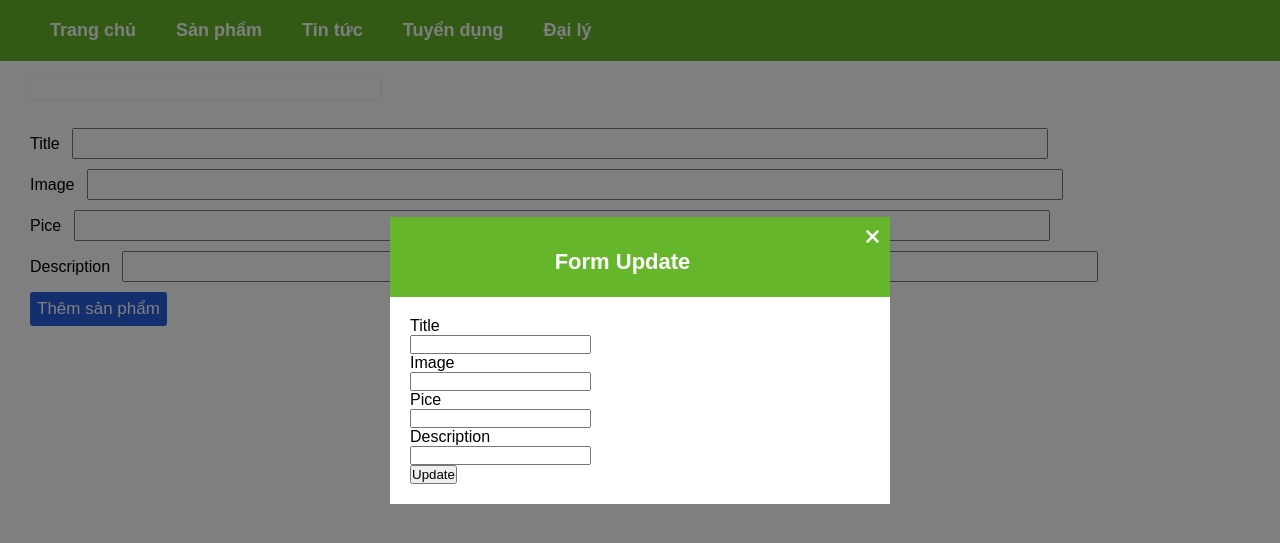
Repository: Ngoc28/CURD_HTML-CSS_JS_JSON
Page: index.html
These files come from the project's save history. The page is drawn as it stood at one moment and after the next save; the edit follows.
The browser window is 1280 px wide. The pictures show the whole page.
The page's requests for data from a server got no answer.

Above is the page before, as saved 2023-04-11 09:50:54.

### index.html
<!DOCTYPE html>
<html lang="en">
<head>
    <meta charset="UTF-8">
    <meta http-equiv="X-UA-Compatible" content="IE=edge">
    <meta name="viewport" content="width=device-width, initial-scale=1.0">
    <title>CURD Cơ bản</title>
    <link rel="stylesheet" href="https://cdnjs.cloudflare.com/ajax/libs/font-awesome/6.4.0/css/all.min.css" integrity="sha512-iecdLmaskl7CVkqkXNQ/ZH/XLlvWZOJyj7Yy7tcenmpD1ypASozpmT/E0iPtmFIB46ZmdtAc9eNBvH0H/ZpiBw==" crossorigin="anonymous" referrerpolicy="no-referrer" />
    <link rel="stylesheet" href="./asset/css/style.css">
</head>
<body>
    <header class="header-menu">
        <ul class="list-menu">
            <li class="item-menu"><a href="">Trang chủ</a></li>
            <li class="item-menu"><a href="">Sản phẩm</a></li>
            <li class="item-menu"><a href="">Tin tức</a></li>
            <li class="item-menu"><a href="">Tuyển dụng</a></li>
            <li class="item-menu"><a href="">Đại lý</a></li>
        </ul>
    </header>
    <div class="main">
        <div class="title-product">
            <h2 class="title">Sản phẩm của chúng tôi</h2>
        </div>
        <div class="products">
            <div class="product">
                <!-- <h3 class="product-name">Coca-Cola</h3>
                <img src="https://cdn.tgdd.vn/Products/Images/2947/190310/bhx/sua-trai-cay-nutriboost-huong-cam-297ml-202202122134380628.jpg" alt="" class="product-img">
                <spam class="product-price">18.000</spam>
                <span class="product-description">Nutriboost là thức uống dinh dưỡng kết hợp sữa và nước trái cây thơm ngon, giúp bạn luôn tràn năng lượng cho một ngày làm việc hiệu quả.</span> -->
            </div>
        </div>
    </div>
    <div class="form">
        <div class="form-1">
            <label for="">Title</label>
            <input type="text" name="title">
        </div>
        <div class="form-1">
            <label for="">Image</label>
            <input type="text" name="image">
        </div>
        <div class="form-1">
            <label for="">Pice</label>
            <input type="text" name="price">
        </div>
        <div class="form-1">
            <label for="">Description</label>
            <input type="text" name="description">
        </div>
        <button type="submit" id="create">Thêm sản phẩm</button>
    </div>

    <!-- formUpdate -->
    <div class="formUpdate">
        <div class="modal">
            <header>
                <i class="update-icon fa-solid fa-xmark"></i>
                <h1>
                    Form Update
                </h1>
            </header>
            <div class="modal-body">
                <div class="form-2">
                    <label for="">Title</label>
                    <input type="text" name="title">
                </div>
                <div class="form-2">
                    <label for="">Image</label>
                    <input type="text" name="image">
                </div>
                <div class="form-2">
                    <label for="">Pice</label>
                    <input type="text" name="price">
                </div>
                <div class="form-2">
                    <label for="">Description</label>
                    <input type="text" name="description">
                </div>
                <button type="submit" id="update">Update</button>
            </div>
        </div>
    </div>
    <script src="/script.js"></script>
</body>
</html>

### asset/css/style.css
*{
    padding: 0;
    margin: 0;
    box-sizing: border-box;
}

body {
    font-family: Arial, Helvetica, sans-serif;
}

.header-menu {
    position: fixed;
    top: 0;
    left: 0;
    right: 0;
    background-color: #66b62b;
    font-size: 18px;
    font-weight: 600;
}

.list-menu {
    display: flex;
    margin: 0 30px;
}

.item-menu {
    list-style: none;
}

.item-menu a {
    padding: 20px;
    display: block;
    text-decoration: none;
    color: #fff;
}

.item-menu a:hover {
    background-color: #ffd400;
    display: block;
}

/* Product */
.main {
    margin: 30px 30px 10px 30px;
}

.title-product {
    margin-bottom: 20px;
}


.title-product .title {
    text-align: center;
    color: #d72b27;
}

.products {
    display: flex;
    justify-content: space-between;
    flex-wrap: wrap;
}

.product {
    width: 350px;
    cursor: pointer;
    box-shadow: 1px 1px 5px   rgba(0, 0, 0, 0.09);
    margin-bottom: 20px;
    padding: 10px;
}


.product h3:hover {
    color: #d72b27;
}


.product-name {
    text-align: center;
}

.product-img {
    width: 100%;
    object-fit: cover;
}


.product .product-price:hover {
    color: #66b62b;
}

.product-price {
    color: #d72b27;
    margin: 10px 10px 6px;
    display: flex;
    justify-content: center;
    font-weight: 600;
}

.product-description {
    font-size: 15px;
    font-weight: 400;
    line-height: 20px;
    height: 40px;
    margin: 10px 10px 6px;
    overflow: hidden;
    display: block;
    display: -webkit-box;
    -webkit-box-orient: vertical;
    -webkit-line-clamp: 2;
}


.btn {
    display: flex;
    justify-content: center;
}


.delete-btn{
    margin-right: 10px;
}

.update-btn,
.delete-btn {
    padding: 8px;
    background-color: #66b62b;
    color: #fff;
    font-size: 15px;
    border: none;
    border-radius: 3px;
}

.update-btn:hover,
.delete-btn:hover {
    background-color: #336013;
}

/* Form */
.form {
    margin: 0 30px;

}

.form-1{
    margin-bottom: 10px;
}

.form-1 label {
    font-size: 16px;
    margin-right: 8px;
    width: 90px;
}

.form-1 input {
    padding: 5px;
    font-size: 15px;
    width: 80%;
}

.form button {
    padding: 7px;
    background-color: #295fdd;
    color: #fff;
    font-size: 17px;
    border: none;
    border-radius: 3px;
}

.form button:hover {
    background-color: #172e62;
}

/* FormUpdate */

.formUpdate {
    position:fixed;
    top: 0;
    right: 0;
    bottom: 0;
    left: 0;
    background-color: rgba(0, 0, 0, 0.5);
    display: flex;
    align-items: center;
    justify-content: center;
}

.modal {
    background-color: #fff;
}

.modal header {
    background-color: #66b62b;
    color: #fff;
    height: 80px;
    width: 500px;
}

.modal h1 {
    line-height: 90px;
    text-align: center;
    font-size: 22px;
}

.modal .update-icon {
    float: right;
    padding: 10px;
    font-size: 20px;
    color: #fff;
}

.modal .update-icon:hover {
    color: #d72b27;
}

.modal-body {
    padding: 20px;
}

.form-2 label {
    display: block;
}

### script.js
let productsApi = 'http://localhost:3000/products';

function start() {
    getProducts(renderProducts);

    handleCreateForm()
}

start();

//lay ra san pham

function getProducts(callback) {

    fetch(productsApi)
    .then(function(response) {
        return response.json();
    })
    .then(callback);
}

function createProduct(data, callback) {
    var options = {
        method: 'POST',
        body: JSON.stringify(data),
        headers: {
            "Content-Type": "application/json",
            // 'Content-Type': 'application/x-www-form-urlencoded',
          }
    };
    fetch(productsApi, options)
        .then(function(response) {
            response.json();
        })
        .then(callback);

}

function handleDeleteProduct(id) {
    var options = {
        method: 'DELETE',
        headers: {
            "Content-Type": "application/json",
            // 'Content-Type': 'application/x-www-form-urlencoded',
          }
    };
    fetch(productsApi + '/' + id, options)
        .then(function(response) {
            response.json();
        })
        .then(function() {
           var productItem = document.querySelector('.product-item-' + id);
           if(productItem) {
            productItem.remove();
           }
        });
}


//show du lieu ra man hinh
function renderProducts(products) {
    var listProducts = document.querySelector('.products');

    var htmls = products.map(function(product) {
        return `
        <div class="product product-item-${product.id}">
            <h3 class="product-name">${product.title}</h3>
            <img src="${product.image}" class="product-img">
            <spam class="product-price">${product.price}đ</spam>
            <span class="product-description">${product.description}</span>
            <div class="btn">
                <button onclick="handleDeleteProduct(${product.id})" class="delete-btn">Delete</button>
                <button onclick="UpdateProduct()" class="update-btn">Update</button>
            </div>
        </div>`

    })

    listProducts.innerHTML = htmls.join('');
}

function handleCreateForm() {
    var createBtn = document.querySelector('#create');

    createBtn.onclick = function() {
        var title = document.querySelector('input[name="title"]').value;
        var image = document.querySelector('input[name="image"]').value;
        var price = document.querySelector('input[name="price"]').value;
        var description = document.querySelector('input[name="description"]').value;

        var formData = {
            title: title,
            image: image,
            price: price,
            description: description
        }

        createProduct(formData, function() {
            getProducts(renderProducts);
        });

    }
}

After the next save:
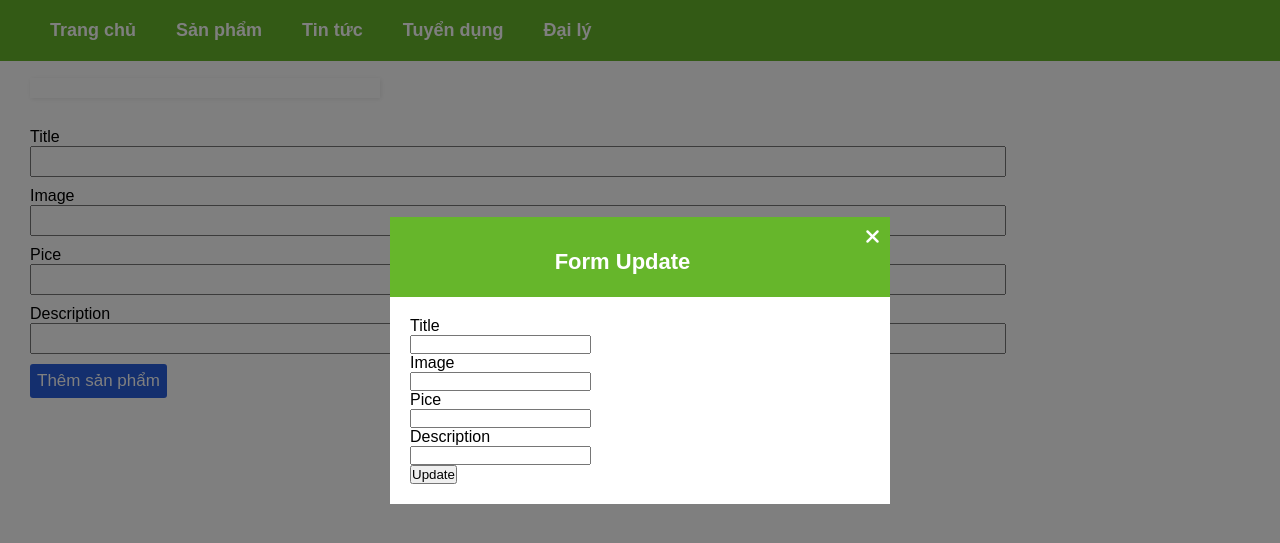
Saved 26 s later.
--- a/asset/css/style.css
+++ b/asset/css/style.css
@@ -146,8 +146,8 @@ body {
 }
 
 .form-1 label {
+    display: block;
     font-size: 16px;
-    margin-right: 8px;
     width: 90px;
 }
 
